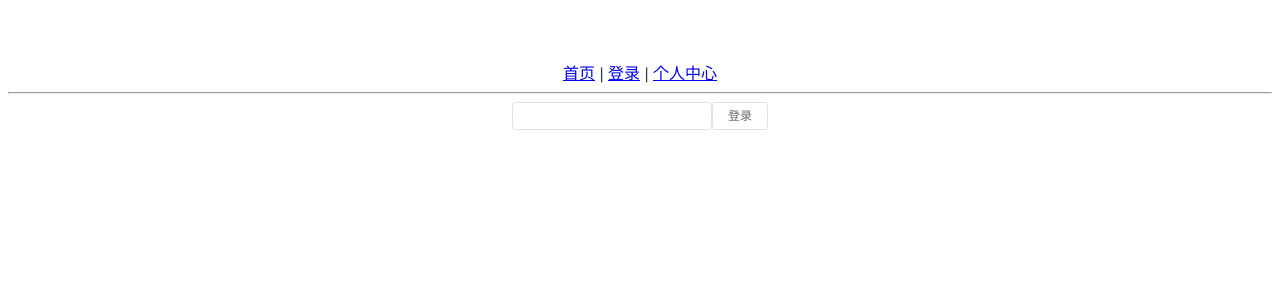
Repository: Susa3n/vue_routerLesson
Page: /login
The author's editor kept a copy of each file at every save. The page is drawn from the files as they stood at one save, then again after the next save.
The browser window is 1280 px wide. The pictures show the whole page.
The project was rebuilt for these pictures with package versions that can differ from the ones it lists, and the page was loaded fresh each time.

Above is the page before, as saved 2022-02-17 17:42:57.

After the next save:
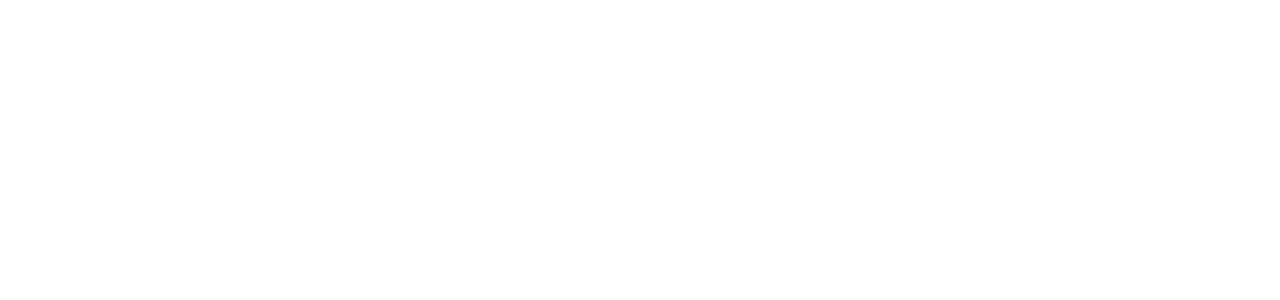
Console error: ReferenceError: route is not defined
Saved 13 s later.
--- a/src/main.js
+++ b/src/main.js
@@ -9,6 +9,7 @@
 Vue.config.productionTip = false
 Vue.prototype.$bus = new Vue()
 
+route
 
 new Vue({
   name: 'main',

After the save that followed:
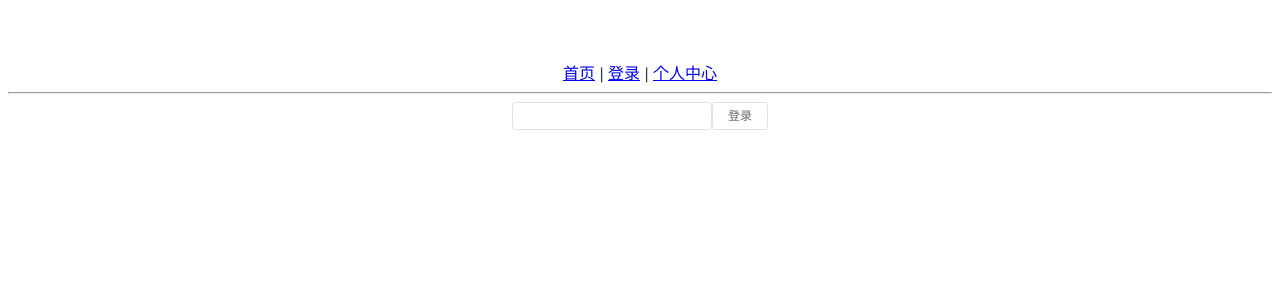
The error is gone.
Saved 5 s later.
--- a/src/main.js
+++ b/src/main.js
@@ -9,7 +9,6 @@
 Vue.config.productionTip = false
 Vue.prototype.$bus = new Vue()
 
-route
 
 new Vue({
   name: 'main',
